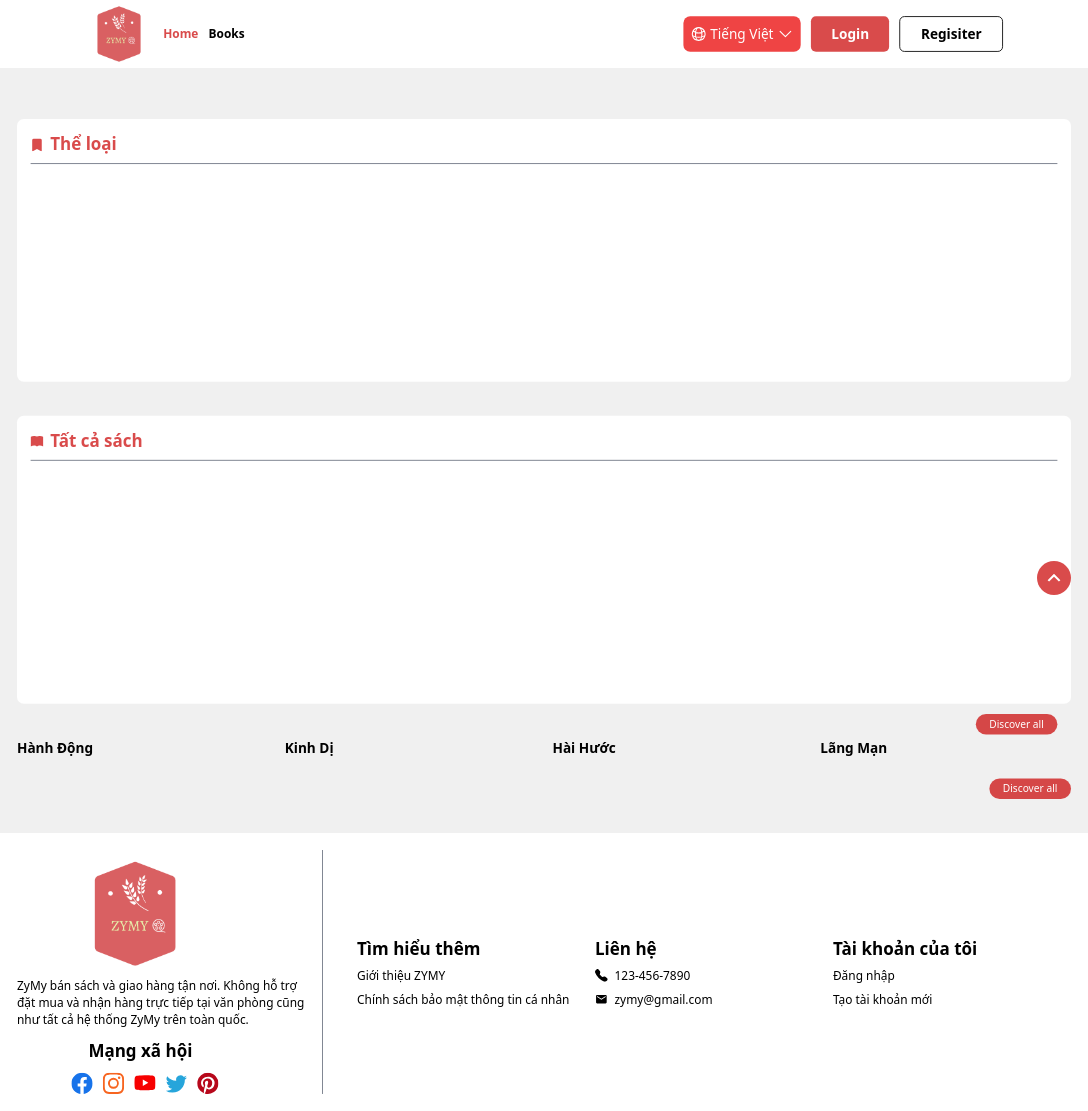
Repository: NguyenDinhThuyVy/website_selling_books
Page: / (app in FrontEnd/)
These files come from the project's save history. The page is drawn as it stood at one moment and after the next save; the edit follows.
The browser window is 1280 px wide. The pictures show the whole page, at 85% of full size.
The page's requests for data from a server got no answer. The project was rebuilt for these pictures with package versions that can differ from the ones it lists, and the page was loaded fresh each time. Some packages were replaced by stand-ins written for this rebuild. The framework's server and built-in components were replaced by stand-ins that run in the browser. No one was signed in, and anything a server would have sent is missing. Also part of the build but not shown: FrontEnd/next.config.js, FrontEnd/src/components/InforLogin/styles.scss, FrontEnd/src/components/InforLogin/index.jsx, FrontEnd/src/app/(default)/(public)/home/components/CategoryColumn/CategoryColumnContent/index.jsx, FrontEnd/src/styles/CategoryItem.scss, FrontEnd/src/app/(default)/(public)/home/components/CategoryItem/index.jsx, FrontEnd/src/app/(default)/(public)/home/components/BannerItem/index.jsx, FrontEnd/src/styles/BookItem.scss and 1 more.

Above is the page before, as saved 2023-12-29 22:43:11.

### FrontEnd/src/app/layout.jsx
'use client';

import classNames from 'classnames';
import { Inter, Montserrat } from 'next/font/google';
import Script from 'next/script';

import './globals.css';
import 'react-toastify/dist/ReactToastify.css';
import 'swiper/scss/scrollbar';
import 'swiper/scss/pagination';
import 'swiper/css/navigation';
import 'swiper/scss';
import '../../node_modules/nprogress/nprogress.css';
import 'sweetalert2/src/sweetalert2.scss';
import { ToastContainer } from 'react-toastify';
import { Provider } from 'react-redux';
import store from '@/redux/store';
import Backtop from '@/components/Backtop';

const inter = Inter({
  subsets: ['latin'],
  variable: '--font-inter',
});

const montserrat = Montserrat({
  subsets: ['latin'],
  variable: '--font-montserrat',
});

export default function RootLayout({ children }) {
  return (
    <html lang="en">
      <head>
        {/* <Script>
          {typeof window !== 'undefined' &&
            (function (w, d, s, l, i) {
              w[l] = w[l] || [];
              w[l].push({ 'gtm.start': new Date().getTime(), event: 'gtm.js' });
              var f = d.getElementsByTagName(s)[0],
                j = d.createElement(s),
                dl = l != 'dataLayer' ? '&l=' + l : '';
              j.async = true;
              j.src = 'https://www.googletagmanager.com/gtm.js?id=' + i + dl;
              f.parentNode.insertBefore(j, f);
            })(window, document, 'script', 'dataLayer', 'GTM-WV3P6XBH')}
        </Script> */}
        <Script
          async
          src="https://www.googletagmanager.com/gtag/js?id=G-Y35FP8XXTL"
        ></Script>
        <Script
          id="clarity_script"
          strategy="afterInteractive"
          dangerouslySetInnerHTML={{
            __html: `
              window.dataLayer = window.dataLayer || [];
              function gtag(){dataLayer.push(arguments);}
              gtag('js', new Date());
              gtag('config', 'G-Y35FP8XXTL');
            `,
          }}
        />
      </head>
      <body
        className={classNames(
          inter.variable,
          montserrat.variable,
          'flex flex-col min-h-screen'
        )}
      >
        <Provider store={store}>{children}</Provider>
        <ToastContainer autoClose={1000} />
        <Backtop />
      </body>
    </html>
  );
}

### FrontEnd/src/app/page.jsx
import React from 'react';

const HomePage = React.lazy(() => import('./(default)/(public)/home'));

export default HomePage;

### FrontEnd/src/app/globals.css
@tailwind base;
@tailwind components;
@tailwind utilities;

@layer base {
  body {
    background-color: #f0f0f0;
  }
  .wrapper-content {
    max-width: 1340px;
    margin: 0 auto;
    padding: 0 20px;
  }
  .book-list .swiper,
  .category-list .swiper,
  .list-comment .swiper {
    height: 100%;
  }
  .button-next,
  .button-prev {
    position: relative;
    z-index: 20;
  }
  .book-list .swiper .swiper-pagination {
    transform: translateY(12px);
    z-index: 20;
  }
}

### FrontEnd/src/redux/store.jsx
import { configureStore } from '@reduxjs/toolkit';
import rootReducer from './reducers/index';

const store = configureStore({
  reducer: rootReducer,
  // Các tùy chọn khác như middleware có thể được thêm ở đây
});

export default store;

### FrontEnd/src/components/Backtop/index.jsx
import Link from 'next/link';
import React from 'react';
import { MdOutlineKeyboardArrowUp } from 'react-icons/md';

const Backtop = () => {
  return (
    <span className="fixed bottom-5 right-5 rounded-full z-30 w-10 h-10 backtop bg-[#ce1515c4] flex items-center justify-center hover:bg-opacity-70 transition-all">
      <Link href="#" className="flex items-center justify-center w-full h-full">
        <MdOutlineKeyboardArrowUp size="30px" color="white" />
      </Link>
    </span>
  );
};

export default Backtop;

### FrontEnd/src/redux/reducers/index.jsx
import { combineReducers } from '@reduxjs/toolkit';
import menuReducer from './menuReducer';
import formAddReducer from './formAddReducer';
import globalReducer from './globalReducer';
import updateInforReducer from './updateInforReducer';

const rootReducer = combineReducers({
  menu: menuReducer,
  form: formAddReducer,
  darkMode: globalReducer,
  updateInfor: updateInforReducer,
  // Thêm các reducer khác ở đây
});

export default rootReducer;

### FrontEnd/src/components/Heading/index.jsx
const Heading = ({ children }) => {
  return (
    <div className="text-xl font-semibold text-[#ce1515c4]">{children}</div>
  );
};

export default Heading;

### FrontEnd/src/components/layout/Header/index.jsx
'use client';

import Link from 'next/link';
import routes from '@/constant/routes';
import Button from '@/components/Button';
import { usePathname } from 'next/navigation';
import { useEffect } from 'react';
import { useState } from 'react';
import Image from 'next/image';
import logo from '../../../assets/logo.png';
import InforLogin from '@/components/InforLogin';
import Popover from '@/components/Popover';

export default function Header() {
  const pathname = usePathname();
  const [auth, setAuth] = useState(null);
  useEffect(() => {
    const auth = sessionStorage.getItem('auth');
    if (auth) {
      setAuth(JSON.parse(auth));
    }
  }, []);
  return (
    <header className="flex items-center gap-x-3 px-[100px] bg-white">
      <div className="w-[80px] h-[80px]">
        <Link href={routes.HOME}>
          <Image src={logo} alt="" className="object-cover w-full h-full" />
        </Link>
      </div>
      <div className="flex items-center gap-x-3">
        <Link
          href={routes.HOME}
          className={
            pathname === routes.HOME
              ? 'text-[#ce1515c4] font-semibold text-sm'
              : 'text-sm font-semibold'
          }
        >
          Home
        </Link>
        <Link
          href={routes.ALLBOOK}
          className={
            pathname === routes.ALLBOOK
              ? 'text-[#ce1515c4] font-semibold text-sm'
              : 'text-sm font-semibold'
          }
        >
          Books
        </Link>
      </div>
      <div className="flex ml-auto gap-x-3 z-20">
        {auth ? (
          <>
            <Popover
              className="flex items-center py-1 hover:text-gray-300 cursor-pointer  bg-red-500  text-white font-medium px-2 rounded-lg"
              renderPopover={
                <div className="bg-gray-100 relative shadow-md rounded-sm border border-gray-200 z-20 w-full">
                  <div className="flex flex-col py-2 pr-20 ">
                    <button className="py-2  hover:text-red-800 ">
                      Tiếng Việt
                    </button>
                    <button className="py-2 hover:text-red-800 ">
                      English
                    </button>
                  </div>
                </div>
              }
            >
              {' '}
              <svg
                xmlns="http://www.w3.org/2000/svg"
                fill="none"
                viewBox="0 0 24 24"
                strokeWidth={1.5}
                stroke="currentColor"
                className="w-5 h-5"
              >
                <path
                  strokeLinecap="round"
                  strokeLinejoin="round"
                  d="M12 21a9.004 9.004 0 008.716-6.747M12 21a9.004 9.004 0 01-8.716-6.747M12 21c2.485 0 4.5-4.03 4.5-9S14.485 3 12 3m0 18c-2.485 0-4.5-4.03-4.5-9S9.515 3 12 3m0 0a8.997 8.997 0 017.843 4.582M12 3a8.997 8.997 0 00-7.843 4.582m15.686 0A11.953 11.953 0 0112 10.5c-2.998 0-5.74-1.1-7.843-2.918m15.686 0A8.959 8.959 0 0121 12c0 .778-.099 1.533-.284 2.253m0 0A17.919 17.919 0 0112 16.5c-3.162 0-6.133-.815-8.716-2.247m0 0A9.015 9.015 0 013 12c0-1.605.42-3.113 1.157-4.418"
                />
              </svg>
              <span className="mx-1">Tiếng Việt</span>
              <svg
                xmlns="http://www.w3.org/2000/svg"
                fill="none"
                viewBox="0 0 24 24"
                strokeWidth={1.5}
                stroke="currentColor"
                className="w-5 h-5"
              >
                <path
                  strokeLinecap="round"
                  strokeLinejoin="round"
                  d="M19.5 8.25l-7.5 7.5-7.5-7.5"
                />
              </svg>
            </Popover>
            <InforLogin />
          </>
        ) : (
          <>
            <Popover
              className="flex items-center py-1 hover:text-gray-300 cursor-pointer  bg-red-500  text-white font-medium px-2 rounded-lg"
              renderPopover={
                <div className="bg-gray-100 relative shadow-md rounded-sm border border-gray-200 z-20 w-full">
                  <div className="flex flex-col py-2 pr-20 ">
                    <button className="py-2  hover:text-red-800 ">
                      Tiếng Việt
                    </button>
                    <button className="py-2 hover:text-red-800 ">
                      English
                    </button>
                  </div>
                </div>
              }
            >
              {' '}
              <svg
                xmlns="http://www.w3.org/2000/svg"
                fill="none"
                viewBox="0 0 24 24"
                strokeWidth={1.5}
                stroke="currentColor"
                className="w-5 h-5"
              >
                <path
                  strokeLinecap="round"
                  strokeLinejoin="round"
                  d="M12 21a9.004 9.004 0 008.716-6.747M12 21a9.004 9.004 0 01-8.716-6.747M12 21c2.485 0 4.5-4.03 4.5-9S14.485 3 12 3m0 18c-2.485 0-4.5-4.03-4.5-9S9.515 3 12 3m0 0a8.997 8.997 0 017.843 4.582M12 3a8.997 8.997 0 00-7.843 4.582m15.686 0A11.953 11.953 0 0112 10.5c-2.998 0-5.74-1.1-7.843-2.918m15.686 0A8.959 8.959 0 0121 12c0 .778-.099 1.533-.284 2.253m0 0A17.919 17.919 0 0112 16.5c-3.162 0-6.133-.815-8.716-2.247m0 0A9.015 9.015 0 013 12c0-1.605.42-3.113 1.157-4.418"
                />
              </svg>
              <span className="mx-1">Tiếng Việt</span>
              <svg
                xmlns="http://www.w3.org/2000/svg"
                fill="none"
                viewBox="0 0 24 24"
                strokeWidth={1.5}
                stroke="currentColor"
                className="w-5 h-5"
              >
                <path
                  strokeLinecap="round"
                  strokeLinejoin="round"
                  d="M19.5 8.25l-7.5 7.5-7.5-7.5"
                />
              </svg>
            </Popover>

            <Button kind="primary" to={routes.LOGIN}>
              Login
            </Button>
            <Button kind="secondary" to={routes.REGISTER} isBorder={true}>
              Regisiter
            </Button>
          </>
        )}
      </div>
    </header>
  );
}

### FrontEnd/src/app/(default)/(public)/home/components/CategoryColumn/CategoryComedy/index.jsx
'use client';

import React, { useEffect, useState } from 'react';
import CategoryColumnContent from '../CategoryColumnContent';
import { getBookByCategory } from '@/services/bookService';

const CategoryComedy = () => {
  const [listBookComedy, setBookListComedy] = useState([]);
  const fetchBookByComedy = async () => {
    const res = await getBookByCategory('Comedy');
    if (res && res?.data?.errCode === 0) {
      setBookListComedy(res?.data?.book);
    }
  };
  useEffect(() => {
    fetchBookByComedy();
  }, []);
  return (
    <>
      <h1 className="mb-3 font-semibold">Hài Hước</h1>
      <div className="flex w-full gap-x-3">
        <div className="flex flex-col w-full bg-white rounded-lg">
          {listBookComedy?.length > 0 &&
            listBookComedy
              ?.slice(0, 5)
              ?.map((book, index) => (
                <CategoryColumnContent key={index} data={book} />
              ))}
        </div>
      </div>
    </>
  );
};

export default CategoryComedy;

### FrontEnd/src/app/(default)/(public)/home/style/styled.scss
:root {
  --white: #fff;
  --bcg-detail-color: #f8f8f8;
  --bcg-add: #ce1515c4;
}
*::-moz-selection {
  background-color: var(--bcg-detail-color);
  color: var(--white);
}

*::selection {
  background-color: var(--bcg-add);
  color: var(--white);
}
::-webkit-scrollbar {
  height: 1px;
  width: 10px;
  border-radius: 50%;
}

::-webkit-scrollbar-track {
  background-color: transparent;
}

::-webkit-scrollbar-thumb {
  background-color: #77777758;
  border-radius: 20px;
}

### FrontEnd/src/redux/reducers/menuReducer.jsx
// reducers/counterSlice.ts
import { createSlice } from '@reduxjs/toolkit';

const initialState = {
  collapsed: false,
};
const menuSlice = createSlice({
  name: 'counter',
  initialState,
  reducers: {
    toggleMenu: (state) => {
      state.collapsed = !state.collapsed;
    },
  },
});

export const { toggleMenu } = menuSlice.actions;
export default menuSlice.reducer;

### FrontEnd/src/redux/reducers/globalReducer.jsx
import { createSlice } from '@reduxjs/toolkit';

const initialState = {
  darkMode: false,
};
const globalReducer = createSlice({
  name: 'global',
  initialState,
  reducers: {
    toggleDarkMode: (state, actions) => {
      return {
        ...state,
        darkMode: actions.payload,
      };
    },
  },
});

export const { toggleDarkMode } = globalReducer.actions;
export default globalReducer.reducer;

### FrontEnd/src/redux/reducers/updateInforReducer.jsx
import { createSlice } from '@reduxjs/toolkit';

const initialState = {
  isUpdate: false,
};
const updateInforReducer = createSlice({
  name: 'update',
  initialState,
  reducers: {
    updateReducer: (state) => {
      return {
        ...state,
        isUpdate: !state.isUpdate,
      };
    },
  },
});

export const { updateReducer } = updateInforReducer.actions;
export default updateInforReducer.reducer;

### FrontEnd/src/styles/SwiperButton.scss
.swiper-button-next,
.swiper-button-prev {
  width: 25px !important;
  height: 25px !important;
  background-color: #bc3232c4 !important;
  border-radius: 50%;
  z-index: 100 !important;
}
.swiper-button-next::after,
.swiper-button-prev::after {
  color: white;
  font-size: 10px !important;
  font-weight: 800;
}
.swiper-button-next::after {
  transform: translate(1px, 1px);
}
.swiper-button-prev::after {
  transform: translateY(1px);
}

Loaded but not shown: FrontEnd/src/utils/axiosCustomize.js (47 lines, source omitted); FrontEnd/src/services/bookService.js (42 lines, source omitted); FrontEnd/tailwind.config.js (33 lines, source omitted); FrontEnd/src/constant/routes.js (30 lines, source omitted); FrontEnd/src/services/categories.js (7 lines, source omitted); FrontEnd/src/components/layout/Footer/index.jsx (97 lines, source omitted); FrontEnd/src/app/(default)/(public)/home/index.jsx (66 lines, source omitted); FrontEnd/src/components/Popover/index.jsx (73 lines, source omitted); FrontEnd/src/components/BookList/index.jsx (53 lines, source omitted); FrontEnd/src/redux/reducers/formAddReducer.jsx (68 lines, source omitted); FrontEnd/src/components/Button/index.jsx (54 lines, source omitted); FrontEnd/src/app/(default)/(public)/home/components/Category/index.jsx (42 lines, source omitted); FrontEnd/src/app/(default)/(public)/home/components/Banner/index.jsx (39 lines, source omitted); FrontEnd/src/app/(default)/(public)/home/components/CategoryColumn/CategoryColumnHorror/index.jsx (36 lines, source omitted); FrontEnd/src/app/(default)/(public)/home/components/CategoryColumn/CategoryColumnRomance/index.jsx (35 lines, source omitted); FrontEnd/src/app/(default)/(public)/home/components/CategoryColumn/CategoryColumnAction/index.jsx (35 lines, source omitted)

After the next save:
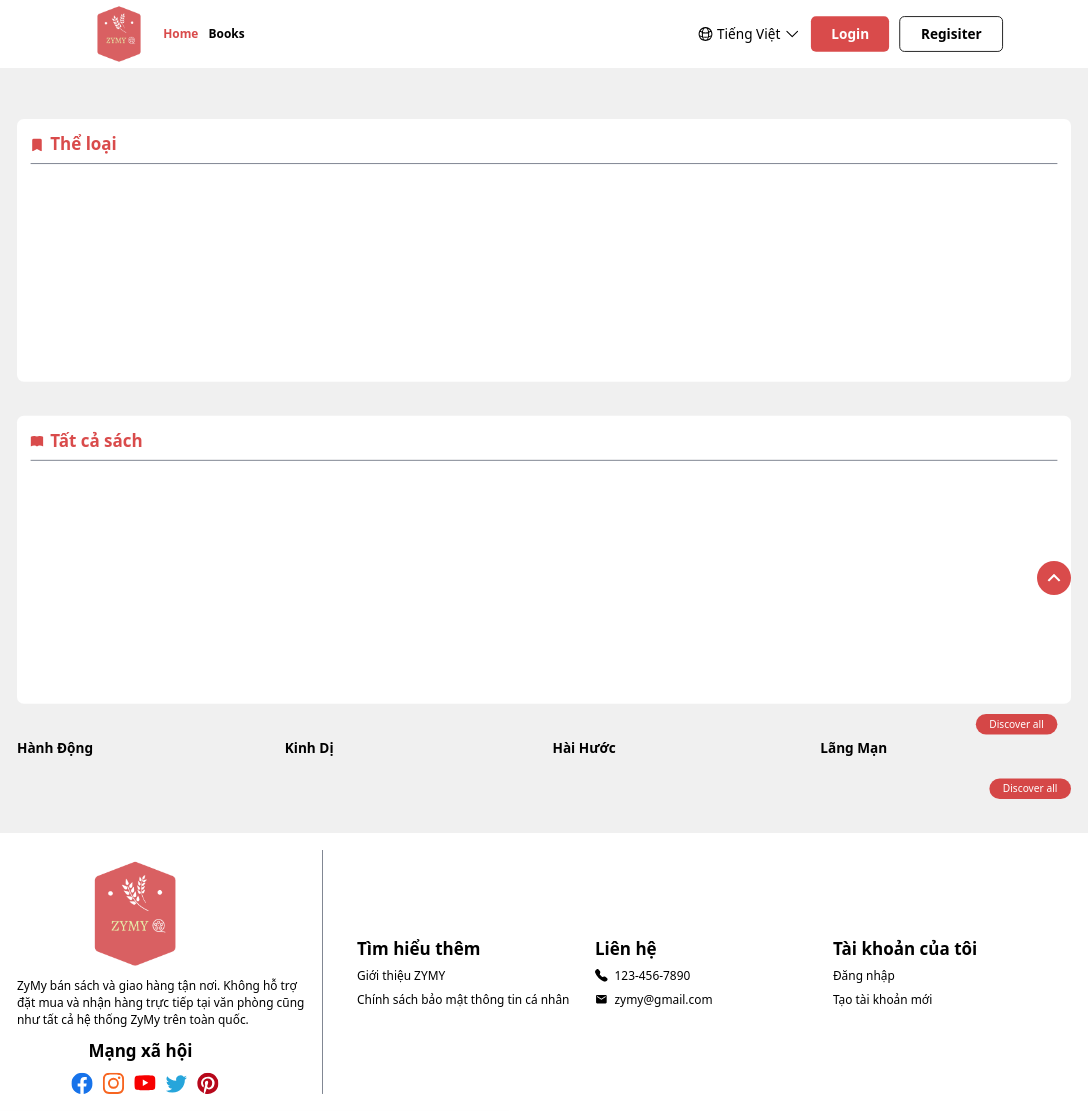
Saved 4 min 52 s later.
--- a/FrontEnd/src/components/layout/Header/index.jsx
+++ b/FrontEnd/src/components/layout/Header/index.jsx
@@ -103,17 +103,24 @@
         ) : (
           <>
             <Popover
-              className="flex items-center py-1 hover:text-gray-300 cursor-pointer  bg-red-500  text-white font-medium px-2 rounded-lg"
+              className="flex items-center py-1 hover:text-gray-300 cursor-pointer ml-6"
               renderPopover={
-                <div className="bg-gray-100 relative shadow-md rounded-sm border border-gray-200 z-20 w-full">
-                  <div className="flex flex-col py-2 pr-20 ">
-                    <button className="py-2  hover:text-red-800 ">
-                      Tiếng Việt
-                    </button>
-                    <button className="py-2 hover:text-red-800 ">
-                      English
-                    </button>
-                  </div>
+                <div className="bg-white relative shadow-md rounded-sm border border-gray-200">
+                  <Link
+                    to="/"
+                    className="block py-3 px-4 hover:bg-slate-100 bg-white hover:text-cyan-500 w-full text-left"
+                  >
+                    Tài khoản của tôi
+                  </Link>
+                  <Link
+                    to="/"
+                    className="block py-3 px-4 hover:bg-slate-100 bg-white hover:text-cyan-500 w-full text-left"
+                  >
+                    Đơn mua
+                  </Link>
+                  <button className="block py-3 px-4 hover:bg-slate-100 bg-white hover:text-cyan-500 w-full text-left">
+                    Đăng xuất
+                  </button>
                 </div>
               }
             >

After the 6 saves that followed:
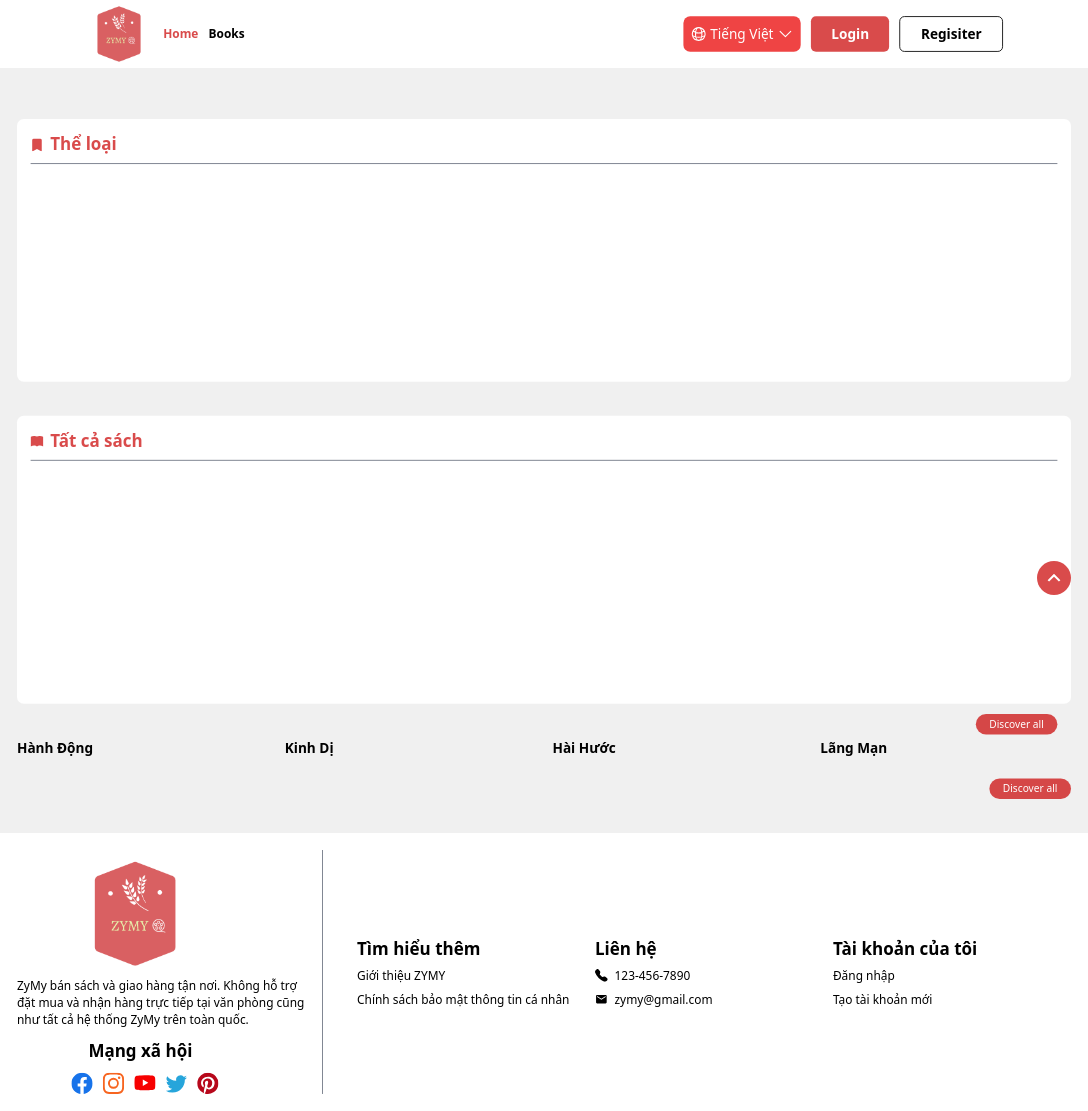
The 6 saves are shown as one change because 4 left the picture as it was and some came seconds apart.
The last was saved 87 s later.
--- a/FrontEnd/src/components/layout/Header/index.jsx
+++ b/FrontEnd/src/components/layout/Header/index.jsx
@@ -103,23 +103,14 @@
         ) : (
           <>
             <Popover
-              className="flex items-center py-1 hover:text-gray-300 cursor-pointer ml-6"
+              className="flex items-center py-1 hover:text-gray-300 cursor-pointer ml-6  bg-red-500  text-white font-medium px-2 rounded-lg"
               renderPopover={
                 <div className="bg-white relative shadow-md rounded-sm border border-gray-200">
-                  <Link
-                    to="/"
-                    className="block py-3 px-4 hover:bg-slate-100 bg-white hover:text-cyan-500 w-full text-left"
-                  >
-                    Tài khoản của tôi
-                  </Link>
-                  <Link
-                    to="/"
-                    className="block py-3 px-4 hover:bg-slate-100 bg-white hover:text-cyan-500 w-full text-left"
-                  >
-                    Đơn mua
-                  </Link>
                   <button className="block py-3 px-4 hover:bg-slate-100 bg-white hover:text-cyan-500 w-full text-left">
-                    Đăng xuất
+                    Tiếng Việt
+                  </button>
+                  <button className="block py-3 px-4 hover:bg-slate-100 bg-white hover:text-cyan-500 w-full text-left">
+                    Tiếng Anh
                   </button>
                 </div>
               }
